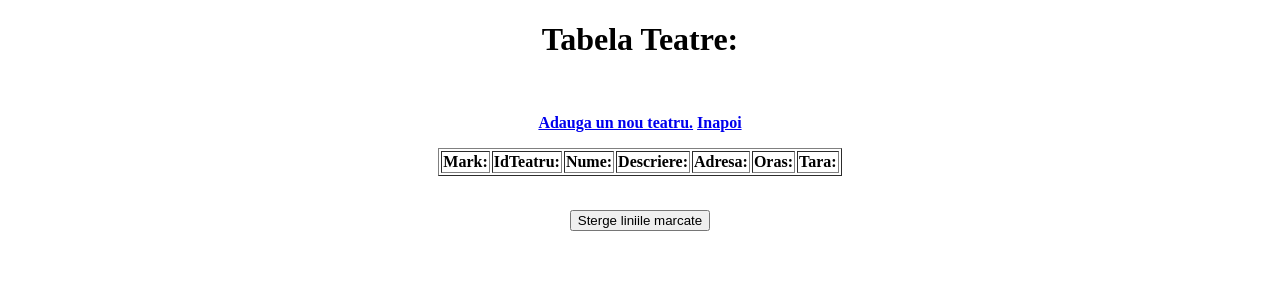
Repository: SusStefan/ActorDB
Page: http://localhost/Actori/tabela_teatre.jsp
An editor plug-in stored every save of this project. The page is shown before and after the next save, followed by the edit.
The browser window is 1280 px wide. The pictures show the whole page.
The page is served by Tomcat 9. Queries for data that is not in the repository find no rows.

Above is the page before, as saved 2025-12-15 22:53:27.
Not found: Actori/Actori/assets/bg.png

After the next save:
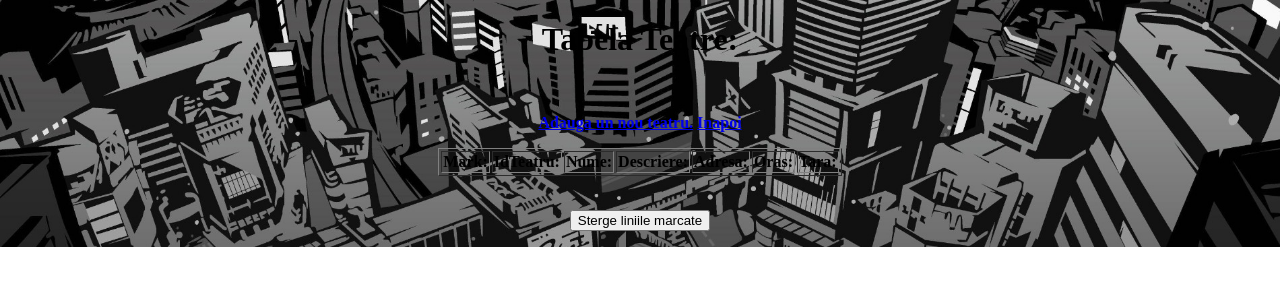
Saved 5 s later.
--- a/Actori/src/main/webapp/tabela_teatre.jsp
+++ b/Actori/src/main/webapp/tabela_teatre.jsp
@@ -53,9 +53,9 @@ href="index.html"><b>Inapoi</b></a></p>
  %>
  <style>
 body{
- background-image: url('assets/bg.png');
+ background-image: url('assets/bg.jpg');
  background-size:cover;
- background-position: center center;
+ background-position: center bottom;
  background-repeat:no-repeat;
  }
  </style>
